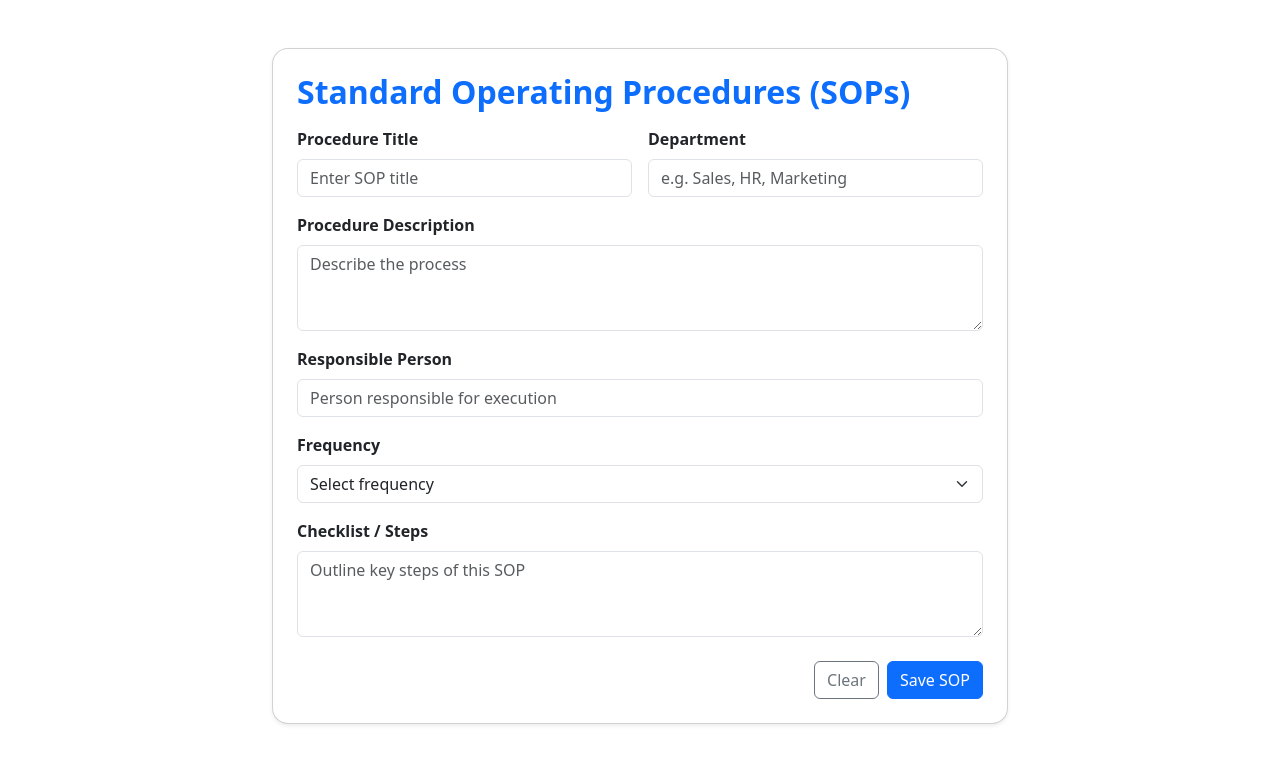
Repository: tonym642/bizcore360-wp
Page: pages/sops.html
These files come from the project's save history. The page is drawn as it stood at one moment and after the next save; the edit follows.
The browser window is 1280 px wide. The pictures show the whole page.

Above is the page before, as saved 2025-10-22 14:56:58.

After the next save:
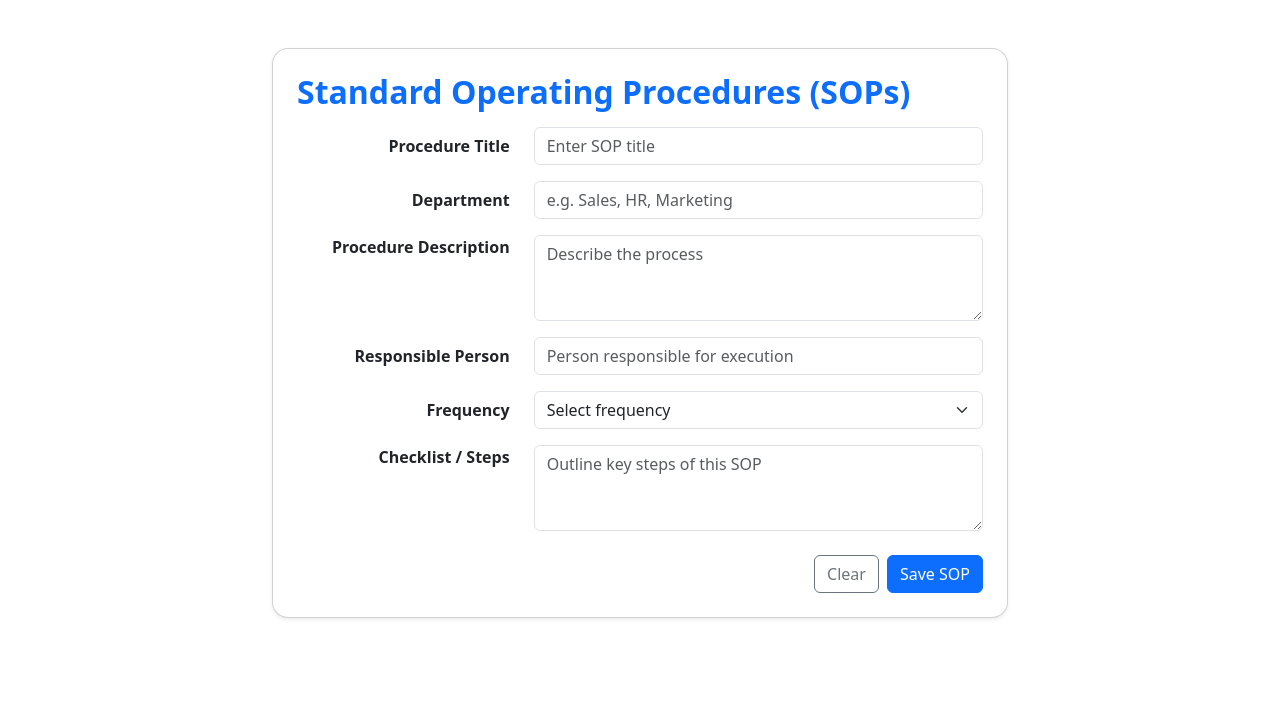
Saved 80 s later.
--- a/pages/sops.html
+++ b/pages/sops.html
@@ -15,26 +15,44 @@
         <div class="card shadow-sm p-4 rounded-4" id="sopsCard">
           <h2 class="mb-3 fw-bold text-primary">Standard Operating Procedures (SOPs)</h2>
           <form id="sopsForm" class="needs-validation" novalidate>
-            <div class="row g-3">
-              <div class="col-md-6">
-                <label class="form-label fw-semibold">Procedure Title</label>
-                <input type="text" class="form-control" id="sopTitle" placeholder="Enter SOP title" required />
+            <div class="row mb-3 flex-row align-items-center">
+              <div class="col-5 col-md-4 d-flex align-items-center justify-content-md-end justify-content-start">
+                <label for="sopTitle" class="form-label fw-semibold w-100 text-md-end text-start mb-0">Procedure Title</label>
               </div>
-              <div class="col-md-6">
-                <label class="form-label fw-semibold">Department</label>
-                <input type="text" class="form-control" id="sopDepartment" placeholder="e.g. Sales, HR, Marketing" />
+              <div class="col-7 col-md-8">
+                <input type="text" class="form-control text-start" id="sopTitle" placeholder="Enter SOP title" required />
               </div>
-              <div class="col-md-12">
-                <label class="form-label fw-semibold">Procedure Description</label>
-                <textarea class="form-control" id="sopDescription" rows="3" placeholder="Describe the process"></textarea>
+            </div>
+            <div class="row mb-3 flex-row align-items-center">
+              <div class="col-5 col-md-4 d-flex align-items-center justify-content-md-end justify-content-start">
+                <label for="sopDepartment" class="form-label fw-semibold w-100 text-md-end text-start mb-0">Department</label>
               </div>
-              <div class="col-md-12">
-                <label class="form-label fw-semibold">Responsible Person</label>
-                <input type="text" class="form-control" id="sopOwner" placeholder="Person responsible for execution" />
+              <div class="col-7 col-md-8">
+                <input type="text" class="form-control text-start" id="sopDepartment" placeholder="e.g. Sales, HR, Marketing" />
               </div>
-              <div class="col-md-12">
-                <label class="form-label fw-semibold">Frequency</label>
-                <select class="form-select" id="sopFrequency">
+            </div>
+            <div class="row mb-3 flex-row align-items-start">
+              <div class="col-5 col-md-4 d-flex align-self-start justify-content-md-end justify-content-start">
+                <label for="sopDescription" class="form-label fw-semibold w-100 text-md-end text-start mb-0">Procedure Description</label>
+              </div>
+              <div class="col-7 col-md-8">
+                <textarea class="form-control text-start" id="sopDescription" rows="3" placeholder="Describe the process"></textarea>
+              </div>
+            </div>
+            <div class="row mb-3 flex-row align-items-center">
+              <div class="col-5 col-md-4 d-flex align-items-center justify-content-md-end justify-content-start">
+                <label for="sopOwner" class="form-label fw-semibold w-100 text-md-end text-start mb-0">Responsible Person</label>
+              </div>
+              <div class="col-7 col-md-8">
+                <input type="text" class="form-control text-start" id="sopOwner" placeholder="Person responsible for execution" />
+              </div>
+            </div>
+            <div class="row mb-3 flex-row align-items-center">
+              <div class="col-5 col-md-4 d-flex align-items-center justify-content-md-end justify-content-start">
+                <label for="sopFrequency" class="form-label fw-semibold w-100 text-md-end text-start mb-0">Frequency</label>
+              </div>
+              <div class="col-7 col-md-8">
+                <select class="form-select text-start" id="sopFrequency">
                   <option value="">Select frequency</option>
                   <option>Daily</option>
                   <option>Weekly</option>
@@ -43,9 +61,13 @@
                   <option>Yearly</option>
                 </select>
               </div>
-              <div class="col-md-12">
-                <label class="form-label fw-semibold">Checklist / Steps</label>
-                <textarea class="form-control" id="sopSteps" rows="3" placeholder="Outline key steps of this SOP"></textarea>
+            </div>
+            <div class="row mb-3 flex-row align-items-start">
+              <div class="col-5 col-md-4 d-flex align-self-start justify-content-md-end justify-content-start">
+                <label for="sopSteps" class="form-label fw-semibold w-100 text-md-end text-start mb-0">Checklist / Steps</label>
+              </div>
+              <div class="col-7 col-md-8">
+                <textarea class="form-control text-start" id="sopSteps" rows="3" placeholder="Outline key steps of this SOP"></textarea>
               </div>
             </div>
             <div class="mt-4 d-flex justify-content-end">
@@ -63,3 +85,5 @@
   <script src="https://cdn.jsdelivr.net/npm/bootstrap@5.3.2/dist/js/bootstrap.bundle.min.js"></script>
 </body>
 </html>
+
+<!-- forced-sync: 2025-10-21 17:41:55 -->
